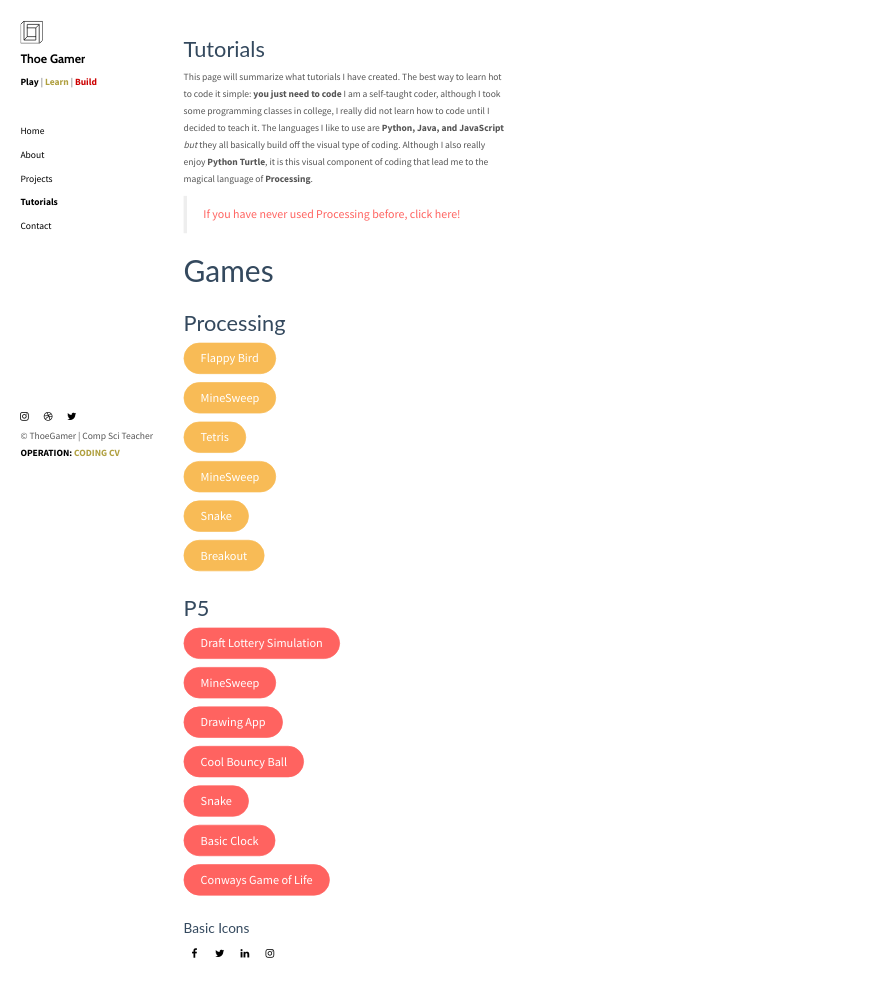
Repository: GamerThoe/GamerThoe.github.io
Page: components.html
The author's editor kept a record of every edit. The page is drawn from the files as they stood at one moment, then again after the next edit.
The browser window is 1280 px wide. The pictures show the whole page, at 68% of full size.

Above is the page before.

### components.html
<!DOCTYPE html>
<html lang="en">

<head>
  <meta charset="UTF-8">
  <meta content="IE=edge" http-equiv="X-UA-Compatible">
  <meta content="width=device-width,initial-scale=1" name="viewport">
  <meta content="description" name="description">
  <meta name="google" content="notranslate" />
  <meta content="Mashup templates have been developped by Orson.io team" name="author">

  <!-- Disable tap highlight on IE -->
  <meta name="msapplication-tap-highlight" content="no">

  <link href="./assets/apple-icon-180x180.png" rel="apple-touch-icon">
  <link href="./assets/favicon.ico" rel="icon">



  <title>Title page</title>

<link href="./main.82cfd66e.css" rel="stylesheet"></head>

<body>

 <!-- Add your content of header -->
<header class="">
  <div class="navbar navbar-default visible-xs">
    <button type="button" class="navbar-toggle collapsed">
      <span class="sr-only">Toggle navigation</span>
      <span class="icon-bar"></span>
      <span class="icon-bar"></span>
      <span class="icon-bar"></span>
    </button>
    <a href="./index.html" class="navbar-brand">Thoe Gamer ; )</a>
  </div>

  <nav class="sidebar">
    <div class="navbar-collapse" id="navbar-collapse">
      <div class="site-header hidden-xs">
          <a class="site-brand" href="./index.html" title="">
            <img class="img-responsive site-logo" alt="" src="./assets/images/mashup-logo.svg">
            Thoe Gamer
          </a>
        <p><span class="black">Play </span> | <span class="gold">Learn </span>| <span class="highlight">Build</span></p>
      </div>
      <ul class="nav">
        <li><a href="./index.html" title="">Home</a></li>
        <li><a href="./about.html" title="">About</a></li>
        <li><a href="./services.html" title="">Projects</a></li>
        <li class="black"><a href="./components.html" title="">Tutorials</a></li>
        <li><a href="./contact.html" title="">Contact</a></li>


      </ul>

      <nav class="nav-footer">
        <p class="nav-footer-social-buttons">
          <a class="fa-icon" href="https://www.instagram.com/" title="">
            <i class="fa fa-instagram"></i>
          </a>
          <a class="fa-icon" href="https://dribbble.com/" title="">
            <i class="fa fa-dribbble"></i>
          </a>
          <a class="fa-icon" href="https://twitter.com/" title="">
            <i class="fa fa-twitter"></i>
          </a>
        </p>
        <p>© ThoeGamer | Comp Sci Teacher <a href="https://mrthoe.github.io"><span class="black">OPERATION: <span class="gold">CODING CV</span></span></a></p>
      </nav>
    </div>
  </nav>
</header>
<main class="" id="main-collapse">


<!-- Add your site or app content here -->

    <div class="row">
      <div class="col-xs-12 col-md-6">

        <div class="template-example">
          <h2 class="template-title-example">Tutorials</h2>
          <p>This page will summarize what tutorials I have created.  The best way to learn hot to code it simple: <b>you just need to code</b>  I am a self-taught coder, although I took some programming classes in college, I really
          did not learn how to code until I decided to teach it.  The languages I like to use are <b>Python, Java, and JavaScript</b> <i>but</i> they all basically build off the visual type of coding.  Although I also really enjoy <b>Python Turtle</b>,
          it is this visual component of coding that lead me to the magical language of <b>Processing</b>.

          <blockquote>
            <p><a href="https://processing.org/">If you have never used Processing before, click here!</a></p>
          </blockquote>

          </p>
        </div>

        <div class="template-example">
          <h1 class="template-title-example">Games</h1>
          <div class="row">
            <div class="col-md-6">
              <h2 class="template-title-example">Processing</h2>
              <div class="row">
                  <div class="col-md-6">
                  <p><a href="" class="btn btn-info btn-lg">Flappy Bird</a></p>
                  <p><a href="" class="btn btn-info btn-lg">MineSweep</a></p>
                  <p><a href="" class="btn btn-info btn-lg">Tetris</a></p>
                  <p><a href="" class="btn btn-info btn-lg">MineSweep</a></p>
                  <p><a href="" class="btn btn-info btn-lg">Snake</a></p>
                  <p><a href="" class="btn btn-info btn-lg">Breakout</a></p>
                </div>
              </div>
              <h2 class="template-title-example">P5</h2>
              <div class="row">
                  <div class="col-md-6">
                  <p><a href="" class="btn btn-primary btn-lg">Draft Lottery Simulation</a></p>
                  <p><a href="" class="btn btn-primary btn-lg">MineSweep</a></p>
                  <p><a href="" class="btn btn-primary btn-lg">Drawing App</a></p>
                  <p><a href="" class="btn btn-primary btn-lg">Cool Bouncy Ball</a></p>
                  <p><a href="" class="btn btn-primary btn-lg">Snake</a></p>
                  <p><a href="" class="btn btn-primary btn-lg">Basic Clock</a></p>
                  <p><a href="" class="btn btn-primary btn-lg">Conways Game of Life</a></p>
                </div>
              </div>


          </div>
        </div>


          <div class="row">

            <div class="col-md-6">
               <h3 class="template-title-example">Basic Icons</h2>
                <ul class="list-icons">
                  <li>
                    <span class="fa-icon">
                      <i class="fa fa-facebook"></i>
                    </span>
                  </li>
                  <li>
                    <span class="fa-icon">
                      <i class="fa fa-twitter"></i>
                    </span>
                  </li>
                  <li>
                    <span class="fa-icon">
                      <i class="fa fa-linkedin"></i>
                    </span>
                  </li>
                  <li>
                    <span class="fa-icon">
                      <i class="fa fa-instagram"></i>
                    </span>
                  </li>
                </ul>
            </div>

          </div>





        </div>


        </div>




      </div>
    </div>


</main>

<script>
document.addEventListener("DOMContentLoaded", function (event) {
  navbarToggleSidebar();
  navActivePage();
});
</script>

<!-- Google Analytics: change UA-XXXXX-X to be your site's ID

<script>
  (function (i, s, o, g, r, a, m) {
    i['GoogleAnalyticsObject'] = r; i[r] = i[r] || function () {
      (i[r].q = i[r].q || []).push(arguments)
    }, i[r].l = 1 * new Date(); a = s.createElement(o),
      m = s.getElementsByTagName(o)[0]; a.async = 1; a.src = g; m.parentNode.insertBefore(a, m)
  })(window, document, 'script', '//www.google-analytics.com/analytics.js', 'ga');
  ga('create', 'UA-XXXXX-X', 'auto');
  ga('send', 'pageview');
</script>

--> <script type="text/javascript" src="./main.85741bff.js"></script></body>

</html>

Loaded but not shown: main.82cfd66e.css (library); main.85741bff.js (library)

After the next edit:
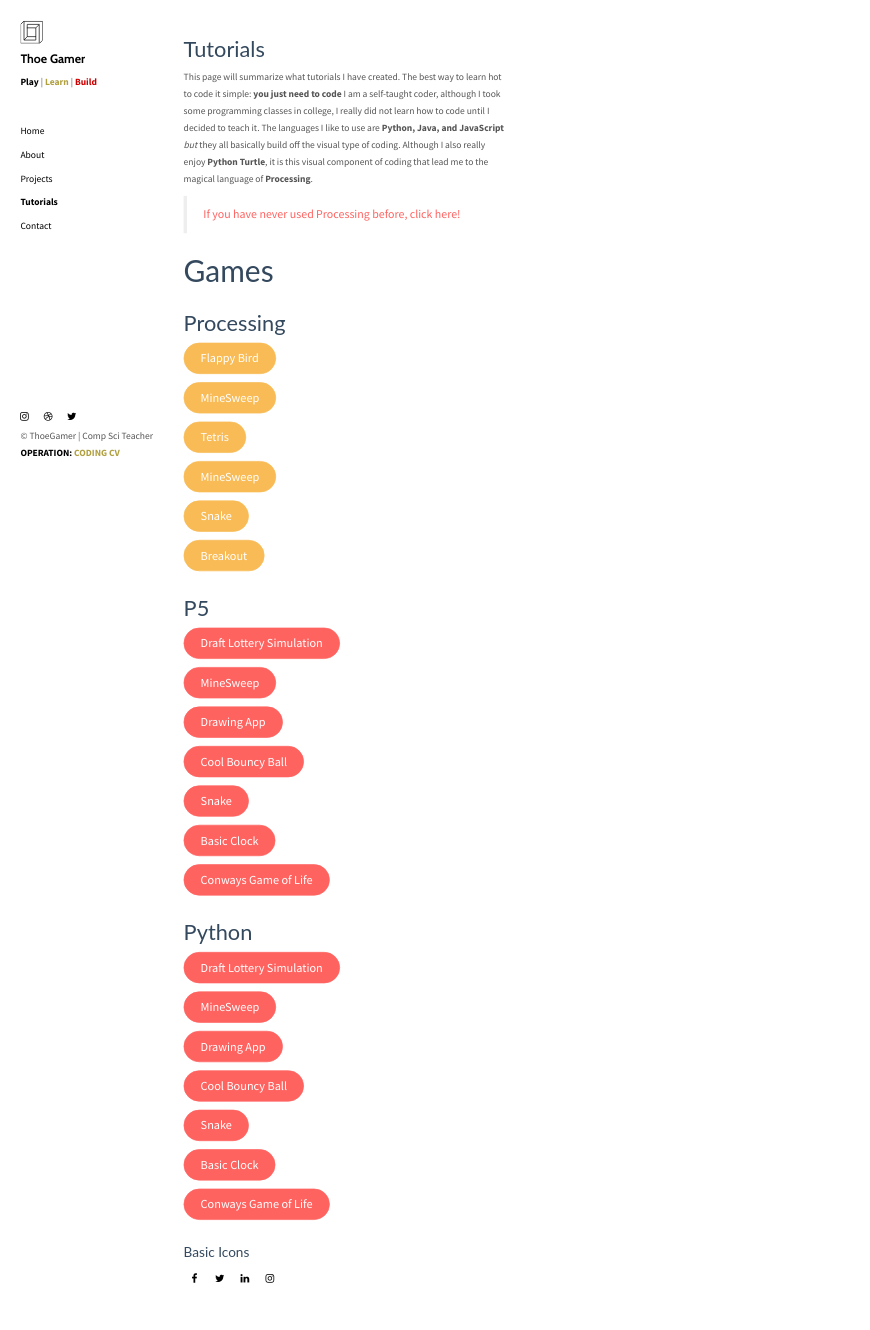
The edit:
--- a/components.html
+++ b/components.html
@@ -119,9 +119,23 @@
                   <p><a href="" class="btn btn-primary btn-lg">Conways Game of Life</a></p>
                 </div>
               </div>
+              <h2 class="template-title-example">Python</h2>
+              <div class="row">
+                  <div class="col-md-6">
+                  <p><a href="" class="btn btn-primary btn-lg">Draft Lottery Simulation</a></p>
+                  <p><a href="" class="btn btn-primary btn-lg">MineSweep</a></p>
+                  <p><a href="" class="btn btn-primary btn-lg">Drawing App</a></p>
+                  <p><a href="" class="btn btn-primary btn-lg">Cool Bouncy Ball</a></p>
+                  <p><a href="" class="btn btn-primary btn-lg">Snake</a></p>
+                  <p><a href="" class="btn btn-primary btn-lg">Basic Clock</a></p>
+                  <p><a href="" class="btn btn-primary btn-lg">Conways Game of Life</a></p>
+                </div>
+              </div>
+
 
 
           </div>
+
         </div>
 
 
